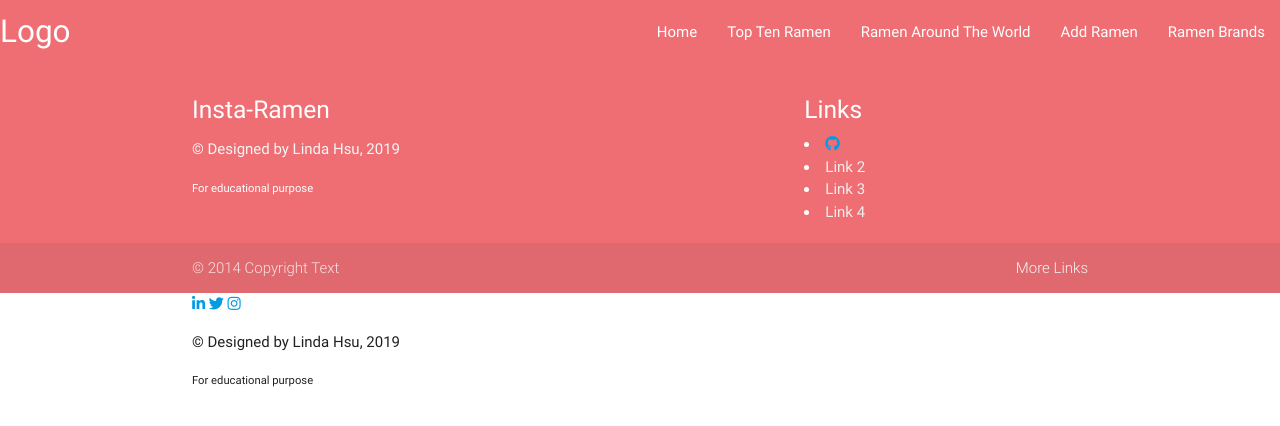
Repository: Paddlepop25/codeinstitute-insta-ramen
Page: http://localhost/
The author's editor kept a record of every edit. The page is drawn from the files as they stood at one moment, then again after the next edit.
The browser window is 1280 px wide. The pictures show the whole page.
Some web libraries are served in a nearby version. The page is served by the project's application, run on Flask 3 (app.py).

Above is the page before.

### templates/index.html
<!DOCTYPE html>
<html>

<head>
  <link href="https://fonts.googleapis.com/icon?family=Material+Icons" rel="stylesheet">
  <link rel="stylesheet" href="https://cdnjs.cloudflare.com/ajax/libs/materialize/0.100.2/css/materialize.min.css">
  <link rel="stylesheet" href="https://use.fontawesome.com/releases/v5.8.1/css/all.css"
    integrity="sha384-50oBUHEmvpQ+1lW4y57PTFmhCaXp0ML5d60M1M7uH2+nqUivzIebhndOJK28anvf" crossorigin="anonymous" />
  <link rel="stylesheet" href="/static/styles/style.css" type="text/css" />
</head>

<body>
  <header>
    <nav>
      <div class="nav-wrapper">
        <a href="{{url_for('home_page')}}" class="brand-logo">Logo</a>
        <ul id="nav-mobile" class="right hide-on-med-and-down">
          <li><a href="{{url_for('home_page')}}">Home</a></li>
          <li><a href="{{url_for('top_ten')}}">Top Ten Ramen</a></li>
          <li><a href="{{url_for('get_ramen')}}">Ramen Around The World</a></li>
          <li><a href="{{url_for('add_ramen')}}">Add Ramen</a></li>
          <li><a href="{{url_for('get_brands')}}">Ramen Brands</a></li>
        </ul>
      </div>
    </nav>
  </header>
  {% block content %} {% endblock %}


 <footer class="page-footer">
          <div class="container">
            <div class="row">
              <div class="col l6 s12">
                <h5 class="white-text">Insta-Ramen</h5>
                <p class="grey-text text-lighten-4">&copy; Designed by Linda Hsu, 2019</p>
                <small>For educational purpose</small>
              </div>
              <div class="col l4 offset-l2 s12">
                <h5 class="white-text">Links</h5>

                  <li><a href="https://github.com/Paddlepop25" target="_blank"><i class="fab fa-github"></i></a></li>
                  <li><a class="grey-text text-lighten-3" href="#!">Link 2</a></li>
                  <li><a class="grey-text text-lighten-3" href="#!">Link 3</a></li>
                  <li><a class="grey-text text-lighten-3" href="#!">Link 4</a></li>

              </div>
            </div>
          </div>
          <div class="footer-copyright">
            <div class="container">
            © 2014 Copyright Text
            <a class="grey-text text-lighten-4 right" href="#!">More Links</a>
            </div>
          </div>
        </footer>


  <div class="container">
    <footer class="footer">
      <div class="footer-icons">

        <a href="https://www.linkedin.com/in/lindahsu007/" target="_blank"><i class="fab fa-linkedin-in"></i></a>
        <a href="https://twitter.com/shecodeshsucode" target="_blank"><i class="fab fa-twitter"></i></a>
        <a href="https://www.instagram.com/shecodeshsucodes/" target="_blank"><i class="fab fa-instagram"></i></a>
      </div>
      <p>
        &copy; Designed by Linda Hsu, 2019
      </p>
      <small>For educational purpose</small>
      <br />
    </footer>
  </div>


  <script src="https://cdnjs.cloudflare.com/ajax/libs/jquery/3.2.1/jquery.min.js"></script>
  <script src="https://cdnjs.cloudflare.com/ajax/libs/materialize/0.100.2/js/materialize.min.js"></script>
  <!--<script type="text/javascript" src="./static/scripts/app.js"></script>-->
  <script type="text/javascript">
    $(document).ready(function() {
      $('select').material_select();
    });
  </script>
</body>

</html>

### app.py
import os
from flask import Flask, render_template, redirect, request, url_for
from flask_pymongo import PyMongo
from bson.objectid import ObjectId

app = Flask(__name__)

app.config['MONGO_DBNAME'] = 'ramen_database'
app.config["MONGO_URI"] = 'mongodb+srv://root:r00tUser@cluster0-mg1xb.mongodb.net/ramen_database?retryWrites=true&w=majority'

mongo = PyMongo(app)

@app.route('/')
@app.route('/home_page')
def home_page():
    return render_template('index.html')

@app.route('/top_ten')
def top_ten():
    ramens=mongo.db.ramens.find({ 'Stars': { '$gt': 3, '$lt': 5 } } ).limit(10)
    return render_template('top_ten.html', ramens=ramens)

@app.route('/ramen_asia')
def ramen_asia():
    ramens=mongo.db.ramens.find(
        {'$or':
            [{'Country': 'Malaysia'},{'Country': "Singapore"}]
        }
        )
    return render_template('ramen_asia.html', ramens=ramens)

@app.route('/get_ramen')
def get_ramen():
    ramens=mongo.db.ramens.find()
    return render_template('ramen.html', ramens=ramens)

@app.route('/search_ramen/', methods=["GET", "POST"])
def search_ramen():
    if request.method == "POST":
        post_request = request.form.get('searchbar_input')
        print(post_request)
    # return render_template("search_ramen.html",
    #                         local_category=mongo.db.flavours.find(),
    #                         recipes=mongo.db.recipes.find({"title" : {"$regex": post_request, "$options": "i"}}),
    #                         recipe_count=mongo.db.recipes.find({"title" : {"$regex": post_request, "$options": "i"}}).count())

@app.route('/add_ramen')
def add_ramen():
    return render_template('add_ramen.html', countries=mongo.db.countries.find())

@app.route('/insert_ramen', methods=['POST'])
def insert_ramen():
    ramens = mongo.db.ramens
    ramens.insert_one(request.form.to_dict())
    return redirect(url_for('get_ramen'))

@app.route('/edit_ramen/<ramen_id>', methods=['GET', 'POST'])
def edit_ramen(ramen_id):
    ramen = mongo.db.ramens.find_one({"_id": ObjectId(ramen_id)})
    countries = mongo.db.countries.find()
    return render_template('edit_ramen.html', ramen=ramen, countries=countries)

@app.route('/update_ramen/<ramen_id>', methods=["POST"])
def update_ramen(ramen_id):
    ramen = mongo.db.ramens
    ramen.update( {'_id': ObjectId(ramen_id)},
    {
        'Brand': request.form.get('Brand'),
        'Flavour':request.form.get('Flavour'),
        'Style': request.form.get('Style'),
        'Country':request.form.get('Country'),
        'Stars':request.form.get('Stars'),
        'Ratings':request.form.get('Ratings')
    })
    return redirect(url_for('get_ramen'))

@app.route('/delete_ramen/<ramen_id>')
def delete_ramen(ramen_id):
    mongo.db.ramens.remove({'_id': ObjectId(ramen_id)})
    return redirect(url_for('get_ramen'))

@app.route('/get_brands')
def get_brands():
    brands = mongo.db.ramens.find()
    return render_template('brands.html',
                            brands=brands)

if __name__ == '__main__':
    app.run(host=os.environ.get('IP'),
            port=int(os.environ.get('PORT')),
            debug=True)

### static/styles/style.css
/*body {*/
/*    background: yellow;*/
/*}*/

After the next edit:
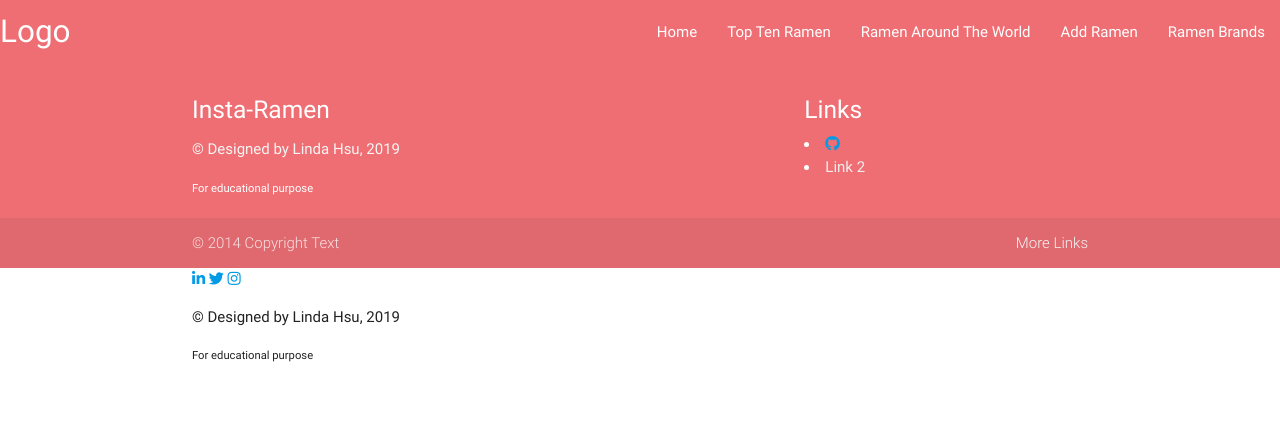
The edit:
--- a/templates/index.html
+++ b/templates/index.html
@@ -40,8 +40,7 @@
 
                   <li><a href="https://github.com/Paddlepop25" target="_blank"><i class="fab fa-github"></i></a></li>
                   <li><a class="grey-text text-lighten-3" href="#!">Link 2</a></li>
-                  <li><a class="grey-text text-lighten-3" href="#!">Link 3</a></li>
-                  <li><a class="grey-text text-lighten-3" href="#!">Link 4</a></li>
+
 
               </div>
             </div>
